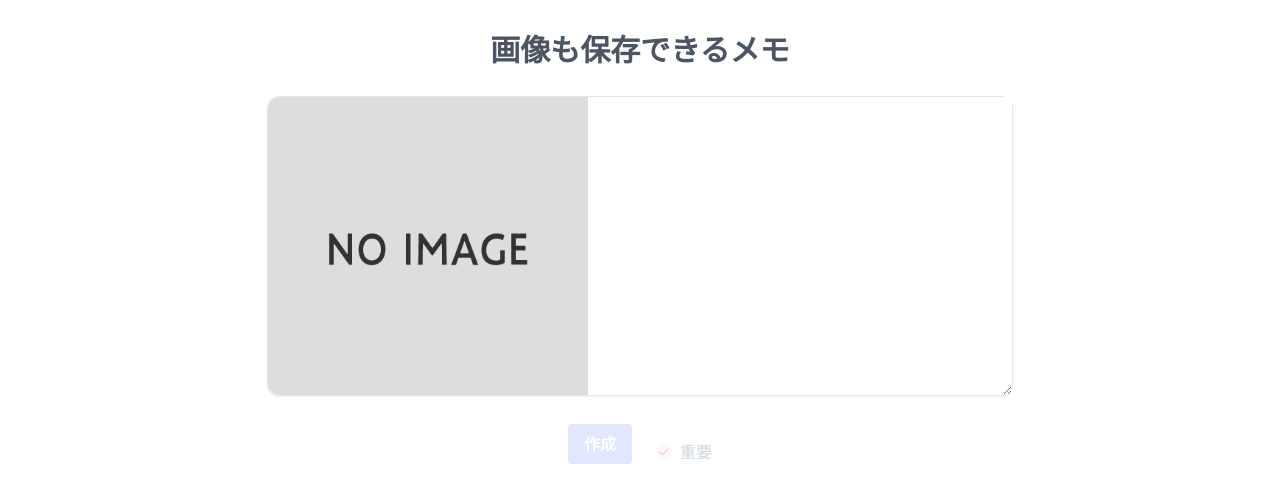
Repository: 1718wani/tsmemoapp
Page: /
An editor plug-in stored every save of this project. The page is shown before and after a run of saves, followed by the edit.
The browser window is 1280 px wide. The pictures show the whole page.
The project was rebuilt for these pictures with package versions that can differ from the ones it lists, and the page was loaded fresh each time. Also part of the build but not shown: src/ui/cards/NoteCard.tsx.

Above is the page before, as saved 2023-06-11 22:17:08.

### src/index.tsx
import React from 'react';
import ReactDOM from 'react-dom/client';
import { hydrateRoot } from 'react-dom/client';
import './index.css';
import App from './App';
import  "../src/input.css"


const root = ReactDOM.createRoot(document.getElementById("root")!);
root.render(
  <React.StrictMode>
    <App />
  </React.StrictMode>
);

// const container = document.getElementById("root");
// hydrateRoot(container!, <App />);

### src/App.tsx
import React, { FC, useState } from "react";
import "./App.css";
import { type } from "os";
import dayjs, { Dayjs } from "dayjs";
import brankImage from "../src/images/noImage.jpeg";
import { Note } from "./types/notetype";
import { NotePostBtn } from "./ui/buttons/NotePostBtn";
import { OnNotePostImportantBtn } from "./ui/buttons/OnNotePostImportantBtn";
import { NoteCard } from "./ui/cards/NoteCard";
import { Router } from "./routes/Router";

function App() {
  return (
    <>
      <Router />
    </>
  );
}

export default App;

### src/input.css
@tailwind base;
@tailwind components;

.btn{
    @apply font-semibold text-white py-2 px-4 rounded;
}

@tailwind utilities;

### src/routes/Router.tsx
import { BrowserRouter, Route, Routes } from "react-router-dom";
import { Note } from "../pages/Note";

export function Router() {
    return (
      <BrowserRouter>
        <Routes>
          <Route  path="/" element={<Note />}/>
        </Routes>
      </BrowserRouter>
    );
  }

### src/pages/Note.tsx
import { NoteHomeContainer } from "../container/NoteHomeContainer";

export const Note= () => {
    return <NoteHomeContainer />
  };

### src/container/NoteHomeContainer.tsx
import React, { FC, useState } from "react";
import { type } from "os";
import dayjs, { Dayjs } from "dayjs";
import { NotePostBtn } from "../ui/buttons/NotePostBtn";
import { OnNotePostImportantBtn } from "../ui/buttons/OnNotePostImportantBtn";
import { NoteCard } from "../ui/cards/NoteCard";
import { Note } from "../types/notetype";
import brankImage from "../images/noImage.jpeg"

export const NoteHomeContainer = () => {
  const [inputValue, setInputValue] = useState<string>("");
  const [notes, setNotes] = useState<Note[]>([]);
  const [imagePreview, setImagePreview] = useState<string | undefined>();
  const [isImportant, setIsImportant] = useState(false);

  const handleChange = (e: React.ChangeEvent<HTMLTextAreaElement>) => {
    setInputValue(e.target.value);
  };

  const handleTagBtn = () => {
    if (isImportant) setIsImportant(false);
    else setIsImportant(true);
  };

  const handleSubmit = (e: React.FormEvent<HTMLFormElement>) => {
    e.preventDefault();

    const newNote: Note = {
      inputValue: inputValue,
      id: notes.length,
      checked: false,
      createdDate: dayjs(),
      imageUrl: imagePreview,
      isImportant: false,
    };

    if (isImportant) newNote.isImportant = true;

    setNotes([newNote, ...notes]);
    setImagePreview(undefined);
    setInputValue("");
    setIsImportant(false);
  };

  const handlePaste = (event: React.ClipboardEvent<HTMLTextAreaElement>) => {
    const items = event.clipboardData?.items;
    console.log(items);

    if (items) {
      for (let i = 0; i < items.length; i++) {
        const item = items[i];
        if (item.type.indexOf("image") !== -1) {
          console.log(item);
          const file = item.getAsFile();
          const blob = new Blob([file!], { type: file!.type });
          const imageUrl = URL.createObjectURL(blob);
          setImagePreview(imageUrl);
        }
      }
    }
  };

  return (
    <>
      <div>
        <div>
          <h2 className="font-bold text-center text-gray-600 text-3xl mt-8 mb-7">
            画像も保存できるメモ
          </h2>
          <div>
            <form
              onSubmit={(e) => handleSubmit(e)}
              className="flex flex-col items-center"
            >
              <div className="bg-white border rounded-xl shadow-sm sm:flex dark:bg-gray-800 dark:border-gray-700 dark:shadow-slate-700/[.7] w-7/12">
                <div className="flex-shrink-0 relative w-full rounded-t-xl overflow-hidden pt-[40%] sm:rounded-l-xl sm:max-w-[15rem] md:rounded-tr-none md:max-w-xs">
                  <img
                    className="w-full h-full absolute top-0 left-0 object-cover"
                    src={!imagePreview ? brankImage : imagePreview}
                    alt="Description32"
                  />
                </div>

                <textarea
                  value={inputValue}
                  onPaste={handlePaste}
                  onChange={(e) => handleChange(e)}
                  className=" focus:border-blue-500 w-full p-3 "
                />
              </div>

              <div className="flex flex-row mt-7 ">
                <NotePostBtn inputValue={inputValue} />
                <OnNotePostImportantBtn
                  isImportant={isImportant}
                  handleTagBtn={handleTagBtn}
                />
              </div>
            </form>
          </div>

          <section className="text-gray-600 body-font">
            <div className="container px-5 py-24 w-9/12 mx-auto">
              <div className="flex flex-wrap -mx-4 -my-8">
                {notes.map((todo) => (
                  <NoteCard
                    inputValue={todo.inputValue}
                    id={todo.id}
                    checked={todo.checked}
                    createdDate={todo.createdDate}
                    imageUrl={todo.imageUrl}
                    isImportant={todo.isImportant}
                  />
                ))}
              </div>
            </div>
          </section>
        </div>
      </div>
    </>
  );
};

### src/ui/buttons/NotePostBtn.tsx
import { type } from "os";
import { Note } from "../../types/notetype";

type NewType = Pick<Note, "inputValue">


export const NotePostBtn = (props: NewType) => {
  const inputValue = props;
  return (
    <>
      {inputValue.inputValue.length > 0 ? (
        <button
          type="submit"
          className="bg-indigo-700 hover:bg-indigo-500  font-semibold text-white py-2 px-4 rounded"
        >
          作成
        </button>
      ) : (
        <button
          type="submit"
          className="bg-indigo-100   font-semibold text-white py-2 px-4 rounded"
          disabled
        >
          作成
        </button>
      )}
    </>
  );
};

### src/ui/buttons/OnNotePostImportantBtn.tsx
import { MouseEventHandler } from "react";
import { Note } from "../../types/notetype";

type NewType = Pick<Note, "isImportant" >

interface ExistendedType extends NewType{
    handleTagBtn: MouseEventHandler<HTMLButtonElement> | undefined;
}

export const OnNotePostImportantBtn  = (props:ExistendedType) =>{
    const {isImportant,handleTagBtn} = props;

    return(
        <>
        {isImportant ? (
                <button type="button" onClick={handleTagBtn}>
                  <span className="text-red-500 bg-red-100 w-4 h-4 mr-2 mt-5 rounded-full inline-flex items-center justify-center ml-6">
                    <svg
                      fill="none"
                      stroke="currentColor"
                      stroke-linecap="round"
                      stroke-linejoin="round"
                      stroke-width="3"
                      className="w-3 h-3"
                      viewBox="0 0 24 24"
                    >
                      <path d="M20 6L9 17l-5-5"></path>
                    </svg>
                  </span>
                  <text>重要</text>
                </button>
              ) : (
                <button type="button" onClick={handleTagBtn}>
                  <span className=" text-red-200 bg-gray-50 w-4 h-4 mr-2 mt-5 rounded-full inline-flex items-center justify-center ml-6">
                    <svg
                      fill="none"
                      stroke="currentColor"
                      stroke-linecap="round"
                      stroke-linejoin="round"
                      stroke-width="3"
                      className="w-3 h-3"
                      viewBox="0 0 24 24"
                    >
                      <path d="M20 6L9 17l-5-5"></path>
                    </svg>
                  </span>
                  <text className="font-color text-slate-300">重要</text>
                </button>
              )}
        </>
    )
}

Loaded but not shown: public/index.html (common file); src/index.css (common file); src/App.css (common file); tailwind.config.js (common file)

After the next 2 saves:
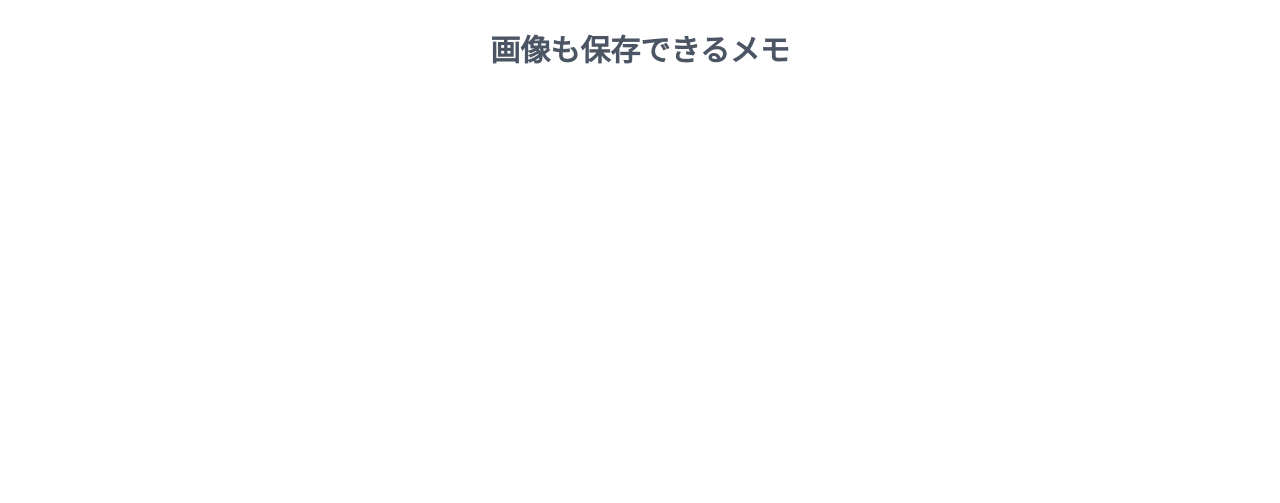
The 2 saves are shown as one change because they came seconds apart.
The last was saved 50 s later.
--- a/src/container/NoteHomeContainer.tsx
+++ b/src/container/NoteHomeContainer.tsx
@@ -67,37 +67,8 @@ export const NoteHomeContainer = () => {
           <h2 className="font-bold text-center text-gray-600 text-3xl mt-8 mb-7">
             画像も保存できるメモ
           </h2>
-          <div>
-            <form
-              onSubmit={(e) => handleSubmit(e)}
-              className="flex flex-col items-center"
-            >
-              <div className="bg-white border rounded-xl shadow-sm sm:flex dark:bg-gray-800 dark:border-gray-700 dark:shadow-slate-700/[.7] w-7/12">
-                <div className="flex-shrink-0 relative w-full rounded-t-xl overflow-hidden pt-[40%] sm:rounded-l-xl sm:max-w-[15rem] md:rounded-tr-none md:max-w-xs">
-                  <img
-                    className="w-full h-full absolute top-0 left-0 object-cover"
-                    src={!imagePreview ? brankImage : imagePreview}
-                    alt="Description32"
-                  />
-                </div>
 
-                <textarea
-                  value={inputValue}
-                  onPaste={handlePaste}
-                  onChange={(e) => handleChange(e)}
-                  className=" focus:border-blue-500 w-full p-3 "
-                />
-              </div>
 
-              <div className="flex flex-row mt-7 ">
-                <NotePostBtn inputValue={inputValue} />
-                <OnNotePostImportantBtn
-                  isImportant={isImportant}
-                  handleTagBtn={handleTagBtn}
-                />
-              </div>
-            </form>
-          </div>
 
           <section className="text-gray-600 body-font">
             <div className="container px-5 py-24 w-9/12 mx-auto">
